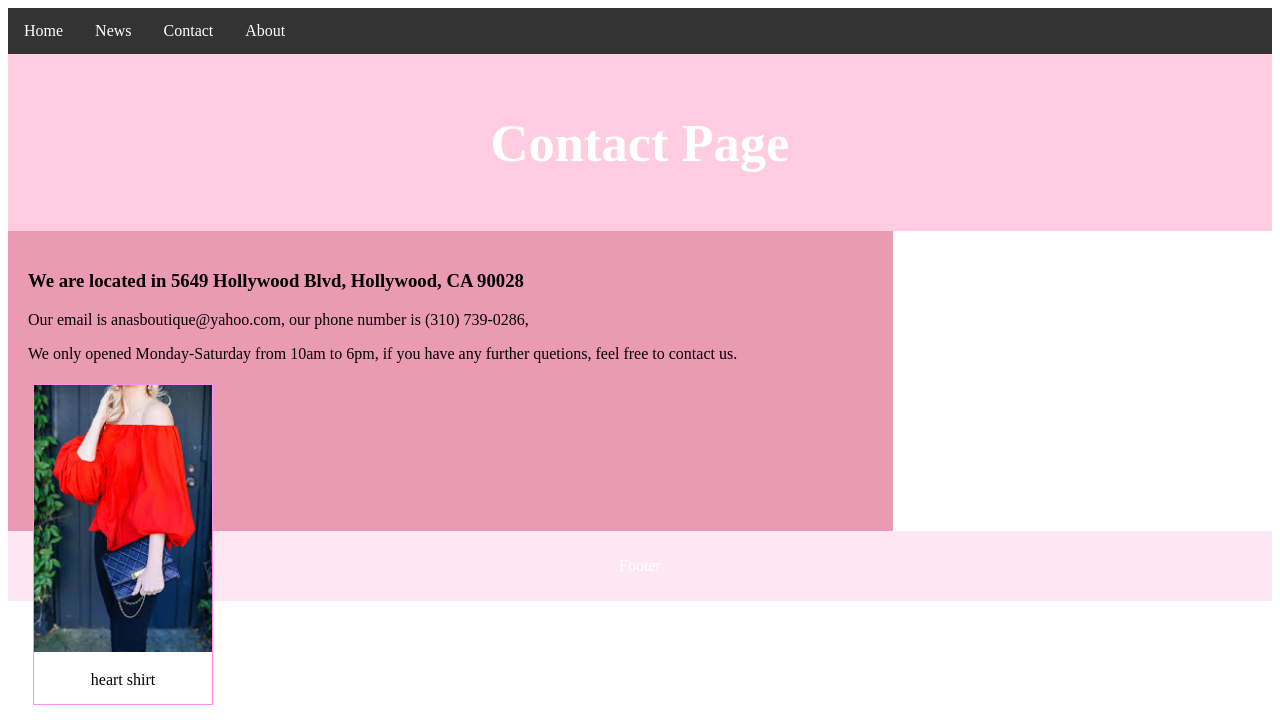
Repository: anavaldovinos/anavaldovinos.github.io
Page: project/contact.html
The author's editor kept a record of every edit. The page is drawn from the files as they stood at one moment, then again after the next edit.
The browser window is 1280 px wide. The pictures show the whole page.

Above is the page before.

After the next edit:
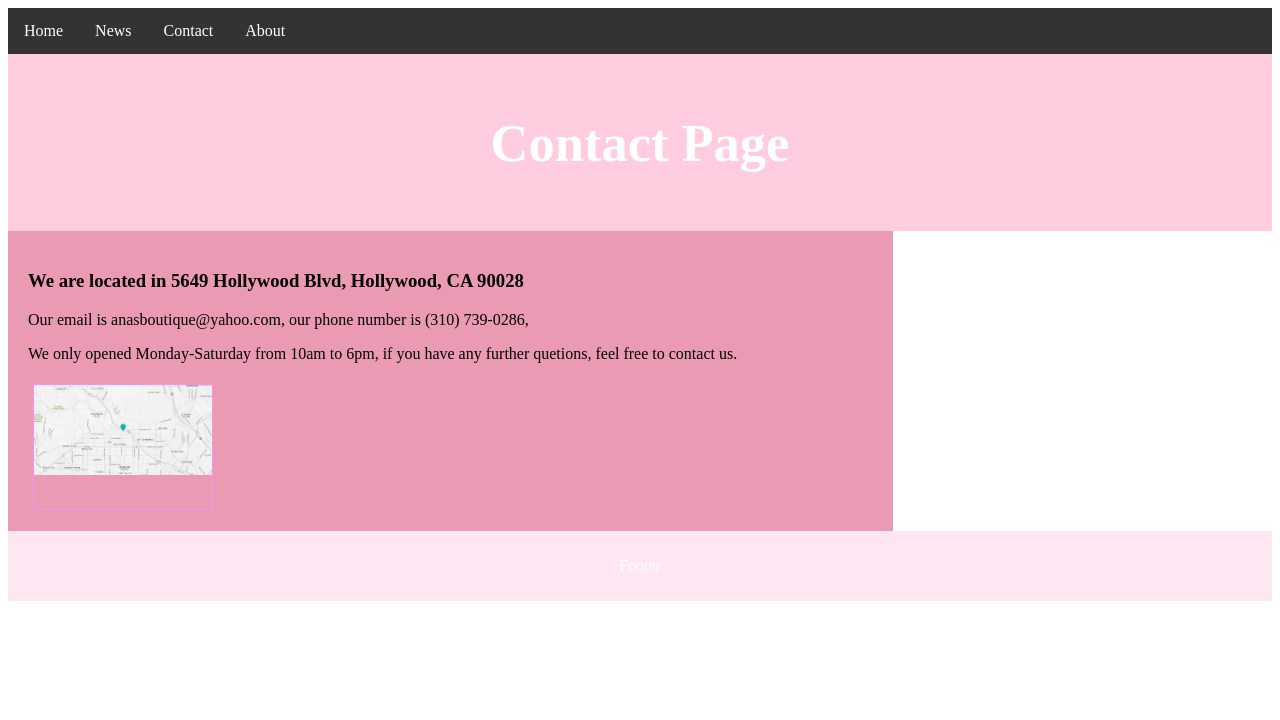
The edit:
--- a/project/contact.html
+++ b/project/contact.html
@@ -137,8 +137,8 @@
 
 
 
-    <img src="shirt.jpg" width="600" height="400">
-  <div class="desc">heart shirt</div>
+    <img src="map.jpg" width="600" height="600">
+  <div class="desc"></div>
 </div>
 
   </article>
